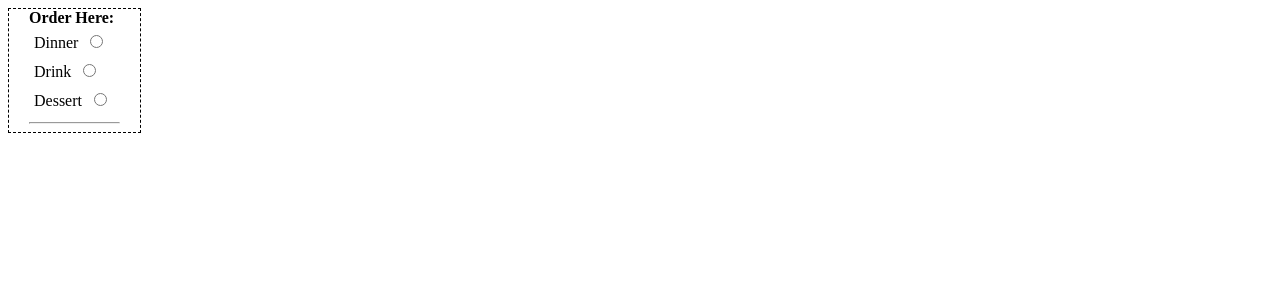
Repository: AyushMahatara/vue-simple-restaurant-order
Page: index.html
The author's editor kept a copy of each file at every save. The page is drawn from the files as they stood at one save, then again after the next save.
The browser window is 1280 px wide. The pictures show the whole page.

Above is the page before, as saved 2024-01-11 10:47:41.

### index.html
<!DOCTYPE html>
<html lang="en">
  <head>
    <meta charset="UTF-8" />
    <meta name="viewport" content="width=device-width, initial-scale=1.0" />
    <title>Restaurant Order</title>
    <style>
      #app {
        border: dashed black 1px;
        display: inline-block;
        padding: 0 20px;
      }
      #app label,
      #app li {
        padding: 5px;
        border-radius: 5px;
      }
      #app input[type="radio"] {
        margin: 8px;
      }
      #app label:hover {
        cursor: pointer;
        background-color: lightgray;
      }
      ul {
        list-style-type: none;
      }
      li {
        margin: 2px;
        width: 17ch;
        height: 35px;
        line-height: 35px;
        text-align: center;
        background-color: rgb(211, 254, 211);
      }
      .impClass {
        background-color: rgb(255, 202, 202);
      }
      #ulFound li {
        text-decoration: line-through;
        background-color: rgb(230, 230, 230);
      }
      form img {
        width: 50px;
      }
      li img {
        float: right;
        height: 100%;
      }
      h4 {
        margin: 0;
      }
    </style>
  </head>
  <body>
    <div id="app">
      <h4>Order Here:</h4>
      <form>
        <label for=""
          >Dinner
          <input type="radio" value="Dinner" v-model="itemType" />
        </label>
        <br />

        <label for=""
          >Drink
          <input type="radio" value="Drink" v-model="itemType" />
        </label>
        <br />

        <label for=""
          >Dessert
          <input type="radio" value="Dessert" v-model="itemType" />
        </label>
        <br />

        <hr />

        <div v-show="itemType">
          <label for=""
            >Select item:
            <select required v-model="itemName">
              <option value="" selected disabled>select item</option>
              <option
                v-for="item in preDefItems"
                v-show="item.type === itemType"
              >
                {{ item.name }}
              </option>
            </select>
          </label>
          <br />
          <hr />
        </div>
      </form>
    </div>
  </body>

  <script src="https://unpkg.com/vue@3/dist/vue.global.js"></script>

  <script>
    const app = Vue.createApp({
      data() {
        return {
          itemType: "",
          itemName: "",
          itemUrl: "",
          itemNumber: null,
          preDefItems: [
            { name: "Burrito", type: "Dinner", imgUrl: "img_burrito.svg" },
            { name: "Pizza", type: "Dinner", imgUrl: "img_pizza.png" },
            { name: "Pho Soup", type: "Dinner", imgUrl: "img_soup.svg" },
            { name: "Spaghetti", type: "Dinner", imgUrl: "img_spaghetti.svg" },
            { name: "Fish", type: "Dinner", imgUrl: "img_fish.svg" },
            { name: "Cake", type: "Dessert", imgUrl: "img_cake.svg" },
            { name: "Rice", type: "Dinner", imgUrl: "img_rice.svg" },
            { name: "Salad", type: "Dinner", imgUrl: "img_salad.svg" },
            { name: "Coke", type: "Drink", imgUrl: "img_soda.svg" },
            { name: "Green Soda", type: "Drink", imgUrl: "img_greenSoda.svg" },
            { name: "Doughnut", type: "Dessert", imgUrl: "img_doughnut.svg" },
            { name: "Ice Cream", type: "Dessert", imgUrl: "img_iceCream.svg" },
            { name: "Lemonade", type: "Drink", imgUrl: "img_lemonade.svg" },
            { name: "Pancakes", type: "Dessert", imgUrl: "img_pancakes.svg" },
            { name: "Water", type: "Drink", imgUrl: "img_water.svg" },
          ],
          order: [],
        };
      },
    });
    app.mount("#app");
  </script>
</html>

After the next save:
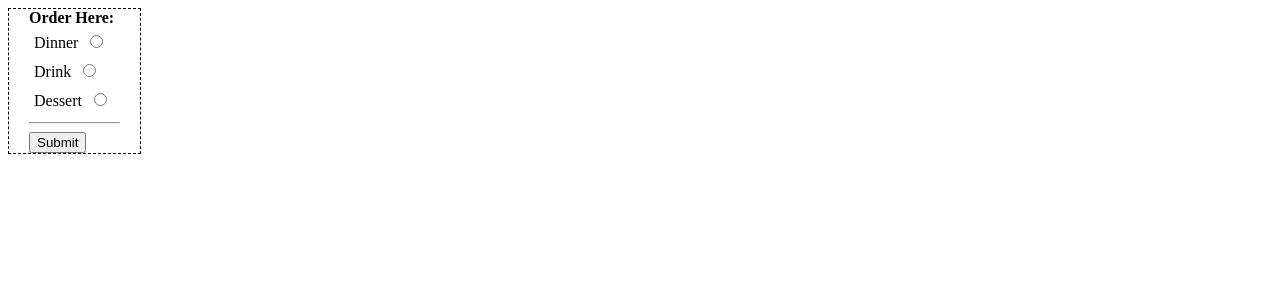
Saved 53 s later.
--- a/index.html
+++ b/index.html
@@ -55,7 +55,7 @@
   <body>
     <div id="app">
       <h4>Order Here:</h4>
-      <form>
+      <form v-on:submit="">
         <label for=""
           >Dinner
           <input type="radio" value="Dinner" v-model="itemType" />
@@ -92,6 +92,8 @@
           <br />
           <hr />
         </div>
+
+        <button type="submit">Submit</button>
       </form>
     </div>
   </body>
